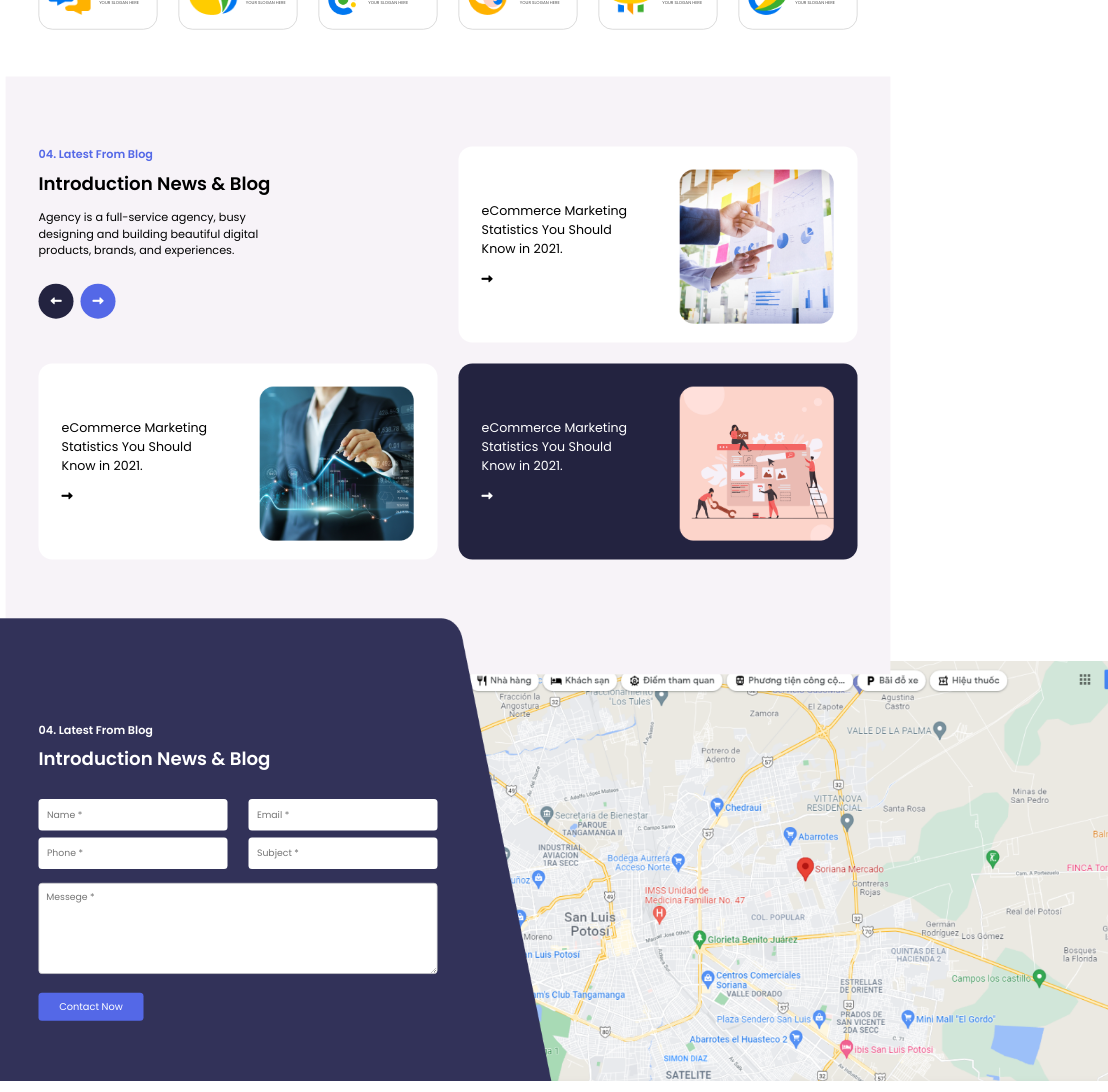
Repository: tranchi0120/LangdingPage-Htmlcss-Ago
Page: index.html
An editor plug-in stored every save of this project. The page is shown before and after the next save, followed by the edit.
The browser window is 1280 px wide. The page is 1583 px wide, so the pictures cover 1583 px, including what lies to the right of the window. The pictures show the part of the page from y = 3385 to 4945 px (the page is 4945 px tall), at 70% of full size.
Some web libraries are served in a nearby version. The style sheet was rebuilt from its Sass, Less or Tailwind sources for each picture, by a compiler version that may differ from the author's.

Above is the page before, as saved 2022-07-15 10:28:52.

### index.html
<!DOCTYPE html>
<html lang="en">

<head>
    <meta charset="UTF-8" />
    <meta http-equiv="X-UA-Compatible" content="IE=edge" />
    <meta name="viewport" content="width=device-width, initial-scale=1.0" />
    <title>Ago</title>
    <!-- css -->
    <link rel="stylesheet" href="./css/app.css" />
    <!-- google font  -->
    <link rel="preconnect" href="https://fonts.googleapis.com" />
    <link rel="preconnect" href="https://fonts.gstatic.com" crossorigin />
    <link href="https://fonts.googleapis.com/css2?family=Poppins:wght@400;600&display=swap" rel="stylesheet" />
    <!-- google icon awaresome -->
    <link rel="stylesheet" href="https://cdnjs.cloudflare.com/ajax/libs/font-awesome/6.1.1/css/all.min.css">
    <!-- sass ./sass/app.scss ./css/app.css --watch -->
</head>

<body>
    <header class="header">
        <div class="header-top container">
            <span class="header-top-title">
                Welcome to Ago! Building Creative Business Agency
            </span>
            <div class="header-top-right">
                <div class="header-login">
                    <i class="fa-solid fa-user"></i>
                    <a href="#!" style="color:#666666">Login</a>
                </div>
                <div class="header-nation">
                    <i class="fa-solid fa-globe"></i>
                    <span class="header-language">English</span>
                    <i class="fa-solid fa-angle-down"></i>
                </div>
            </div>
        </div>
        <div class="header-line">
        </div>
        <div class="header-under container">
            <div class="header-under-logo">
                <div class="header-under-image">
                    <img class="header-under-img" src="./images/logo.png" alt="#">
                </div>
                <span class="header-under-name">Ago</span>
            </div>
            <div class="header-menu">
                <ul class="menu">
                    <li class="menu-item">
                        <a href="#" class="menu-link">Home</a>
                    </li>
                    <li class="menu-item">
                        <a href="#" class="menu-link">Features</a>
                        <i class="fa-solid fa-angle-down"></i>
                    </li>
                    <li class="menu-item">
                        <a href="#" class="menu-link">Services</a>
                    </li>
                    <li class="menu-item">
                        <a href="#" class="menu-link">Pages</a>
                    </li>
                    <li class="menu-item">
                        <a href="#" class="menu-link">Blog</a>
                    </li>
                    <li class="menu-item">
                        <a href="#" class="menu-link">Support</a>
                    </li>
                </ul>
                <div class="menu-button">
                    <i class="fa-solid fa-magnifying-glass menu-icon"></i>
                    <div class="button">Contact Us</div>
                </div>
            </div>
        </div>
    </header>
    <main>
        <section class="hero">
            <div class="container">
                <div class="hero-main">
                    <div class="hero-left">
                        <div class="hero-title">
                            Trusted Professional Service.
                        </div>
                        <span class="hero-content">
                            Ago is a full-service agency, busy designing and building beautiful digital products,
                            brands, and
                            experiences.
                        </span>
                        <div class="hero-button">
                            <div class="button">Recent Work</div>
                        </div>
                        <div class="hero-down">
                            <div class="hero-icondown">
                                <i style="color:#ffffff ;" class="fa-solid fa-arrow-down"></i>
                            </div>
                            <p class="hero-scroll">
                                Scroll Down
                            </p>
                        </div>
                    </div>
                    <div class="hero-right">
                        <img src="./images/hero.png" alt="#">
                    </div>
                </div>
            </div>
        </section>
        <section class="about">
            <div class="container">
                <div class="about-main">
                    <div class="about-images">
                        <img src="./images/about1.png" alt="#" class="about-img1">
                        <img src="./images/about2.png" alt="#" class="about-img2">
                        <img src="./images/about3.png" alt="#" class="about-img3">
                    </div>
                    <div class="about-us">
                        <h5 class="about-number">
                            01. About Us
                        </h5>
                        <div class="about-title">
                            We Make Designs that Lead and Inpire.
                        </div>
                        <div class="about-name">
                            A design team building a created
                            marketplace for UI designers.
                        </div>
                        <div class="about-content">
                            2,360 curated design resources to energize your creative workflow. We're a growing family of
                            682,268 designers and makers from around the world
                        </div>
                        <div class="menu-button">
                            <div class="button">Contact Us</div>
                        </div>
                    </div>
                </div>
            </div>
        </section>
        <section class="interactive">
            <div class="container">
                <div class="interactive-main">
                    <h5 class="interactive-number">
                        02. What We Do
                    </h5>
                    <div class="interactive-title">
                        <span class="interactive-name">
                            We Make Designs that Lead and Inpire.
                        </span>
                        <i class="fa-solid fa-left-long interactive-iconleft"></i>
                        <i class="fa-solid fa-right-long"></i>
                    </div>
                    <div class="interactive-group">
                        <div class="interactive-box">
                            <div class="row-circle">
                                <img class="row-img" src="./images/row1.png" alt="#">
                                <h2 class="row-number">
                                    26k
                                </h2>
                                <span class="row-title">
                                    Happy Clients
                                </span>
                            </div>
                            <div class="row-circle2">
                                <img class="row-img" src="./images/row2.png" alt="#">
                                <h2 class="row-number2">
                                    76k
                                </h2>
                                <span class="row-title2">
                                    Project Done
                                </span>
                                <span class="row-content2">
                                    Lorem ipsum dolor sit amet, consectetur adipiscing elit. Mauris sapien egestas augue
                                    enim amet scelerisque.
                                </span>
                            </div>
                            <div class="row-circle">
                                <img class="row-img" src="./images/row3.png" alt="#">
                                <h2 class="row-number">
                                    20k
                                </h2>
                                <span class="row-title">
                                    AWARDS WON
                                </span>
                            </div>
                            <div class="row-circle">
                                <img class="row-img" src="./images/row4.png" alt="#">
                                <h2 class="row-number">
                                    20k
                                </h2>
                                <span class="row-title">
                                    DAILY DATA INPUT
                                </span>
                            </div>
                        </div>
                    </div>
                </div>
            </div>
        </section>
        <section class="service">
            <div class="container">
                <h5 class="service-number">
                    03. Our Services
                </h5>
                <div class="service-title">
                    <span class="service-name">
                        Welcome to Our Professional Service
                    </span>
                </div>
                <div class="service-main">
                    <div class="service-left">
                        <h2 class="service-left-title">
                            Professional Website
                            Design Consulting
                        </h2>
                        <p class="service-left-content">
                            Agency is a full-service agency, busy designing and building beautiful digital products,
                            brands, and experiences.
                        </p>
                        <div class="menu-button">
                            <div class="button">View Detail</div>
                        </div>
                        <div class="service-left-images">
                            <img src="./images/service1.png" alt="#" class="service-left-img">
                            <img src="./images/service2.png" alt="#" class="service-left-img">
                            <img src="./images/service3.png" alt="#" class="service-left-img">
                        </div>
                    </div>
                    <div class="service-right">
                        <img src="./images/service4.png" alt="#" class="service-right-img">
                    </div>
                </div>
                <div class="service-bottom">
                    <div class="service-box">
                        <div class="service-box-imgs">
                            <img src="./images/logo1.png" alt="#" class="service-box-img">
                        </div>
                        <div class="service-box-text">
                            <h2 class="service-box-title">CREATIVE</h2>
                            <p class="service-box-slogan">YOUR SLOGAN HERE</p>
                        </div>
                    </div>
                    <div class="service-box">
                        <div class="service-box-imgs">
                            <img src="./images/logo2.png" alt="#" class="service-box-img">
                        </div>
                        <div class="service-box-text">
                            <h2 class="service-box-title">CREATIVE</h2>
                            <p class="service-box-slogan">YOUR SLOGAN HERE</p>
                        </div>
                    </div>
                    <div class="service-box">
                        <div class="service-box-imgs">
                            <img src="./images/logo3.png" alt="#" class="service-box-img">
                        </div>
                        <div class="service-box-text">
                            <h2 class="service-box-title">COMPANY</h2>
                            <p class="service-box-slogan">YOUR SLOGAN HERE</p>
                        </div>
                    </div>
                    <div class="service-box">
                        <div class="service-box-imgs">
                            <img src="./images/logo4.png" alt="#" class="service-box-img">
                        </div>
                        <div class="service-box-text">
                            <h2 class="service-box-title">CREATIVE</h2>
                            <p class="service-box-slogan">YOUR SLOGAN HERE</p>
                        </div>
                    </div>
                    <div class="service-box">
                        <div class="service-box-imgs">
                            <img src="./images/logo5.png" alt="#" class="service-box-img">
                        </div>
                        <div class="service-box-text">
                            <h2 class="service-box-title">COMPANY</h2>
                            <p class="service-box-slogan">YOUR SLOGAN HERE</p>
                        </div>
                    </div>
                    <div class="service-box">
                        <div class="service-box-imgs">
                            <img src="./images/logo6.png" alt="#" class="service-box-img">
                        </div>
                        <div class="service-box-text">
                            <h2 class="service-box-title">CREATIVE</h2>
                            <p class="service-box-slogan">YOUR SLOGAN HERE</p>
                        </div>
                    </div>
                </div>
            </div>
        </section>
        <section class="latest">
            <div class="container">
                <div class="latest-main">
                    <div class="latest-group">
                        <h5 class="latest-number">
                            04. Latest From Blog
                        </h5>
                        <span class="latest-title">
                            Introduction News & Blog
                        </span>
                        <p class="latest-content">
                            Agency is a full-service agency, busy designing and building beautiful digital products,
                            brands, and experiences.
                        </p>
                        <div class="latest-icon">
                            <div class="latest-icon-left">
                                <i class="fa-solid fa-left-long"></i>
                            </div>
                            <div class="latest-icon-right">
                                <i class="fa-solid fa-right-long"></i>
                            </div>
                        </div>
                    </div>
                    <div class="latest-groups">
                        <div class="latest-box">
                            <p class="latest-text">
                                eCommerce Marketing
                                Statistics You Should
                                Know in 2021.
                            </p>
                            <i class="fa-solid fa-right-long"></i>
                        </div>
                        <div class="latest-image">
                            <img src="./images/latest1.png" alt="#" class="latest-img">
                        </div>
                    </div>
                    <div class="latest-groups">
                        <div class="latest-box">
                            <p class="latest-text">
                                eCommerce Marketing
                                Statistics You Should
                                Know in 2021.
                            </p>
                            <i class="fa-solid fa-right-long"></i>
                        </div>
                        <div class="latest-image">
                            <img src="./images/latest2.png" alt="#" class="latest-img">
                        </div>
                    </div>
                    <div class="latest-groups3">
                        <div class="latest-box3">
                            <p class="latest-text3">
                                eCommerce Marketing
                                Statistics You Should
                                Know in 2021.
                            </p>
                            <i class="fa-solid fa-right-long"></i>
                        </div>
                        <div class="latest-image">
                            <img src="./images/latest3.png" alt="#" class="latest-img">
                        </div>
                    </div>
                </div>
            </div>
        </section>
        <section class="contact">

            <div class="container">
                <img class="contact-background" src="./images/background.png" alt="#">
                <div class="contact-main">
                    <div class="contact-left">
                        <h5 class="contact-left-number">
                            04. Latest From Blog
                        </h5>
                        <span class="contact-left-title">
                            Introduction News & Blog
                        </span>
                        <div class="contact-left-import">
                            <input class="contact-left-input" type="text" placeholder="Name *">
                            <input class="contact-left-input" type="text" placeholder="Email *">
                            <input class="contact-left-input" type="text" placeholder="Phone *">
                            <input class="contact-left-input" type="text" placeholder="Subject *">
                        </div>
                        <textarea class="contact-left-textarea" name="text" id="#" cols="30" rows="10"
                            placeholder="Messege *"></textarea>
                        <div class="menu-button">
                            <div class="button">Contact Now</div>
                        </div>
                    </div>
                    <div class="contact-right">
                        <img class="contact-right-img" src="./images/map.png" alt="#">
                    </div>
                </div>
            </div>
        </section>
    </main>
    <footer>
    </footer>
</body>

</html>

### sass/app.scss
@import "global";
@import "header";
@import "menu";
@import "variable";
@import "hero";
@import "about";
@import "interactive";
@import "row";
@import "service";
@import "latest";
@import "contact";

### sass/_global.scss
.container {
    max-width: 1170px;
    margin: 0 auto;
}
.body {
    background: #ffffff;
}
* {
    box-sizing: border-box;
    font-family: "Poppins", sans-serif;
}
a {
    text-decoration: none;
}
ul {
    list-style-type: none !important;
}
.button {
    border: none;
    padding: auto;
    width: 150px;
    background: #5468e7;
    height: 40px;
    text-align: center;
    justify-content: center;
    padding: 7px;
    border-radius: 5px;
    color: white;
    font-size: 14px;
    line-height: 21px;
    padding: 10px;
}

### sass/_menu.scss
.menu {
    height: 24px;
    width: 550px;
    display: flex;
    justify-content: space-between;
    align-items: center;
    // gap: 40px;
    &-button {
        display: flex;
        gap: 29px;
    }
    &-icon {
        width: 18px;
        display: inline-block;
        padding-top: 15px;
        color: #666666;
    }

    &-link {
        color: #000000;
        font-weight: 400;
        font-size: 16px;
        line-height: 24px;
    }
}

### sass/_variable.scss
$font: "Poppins", sans-serif;
$color1: #232340;
$color2: #323259;
$color-btn: #5468e7;
$black: #222222;
$white: #ffffff;

### sass/_hero.scss
.hero {
    height: 800px;
    margin-top: 55px;
    &-main {
        display: flex;

        align-items: center;
    }
    &-title {
        width: 260px;
        line-height: 60px;
        font-weight: 600;
        font-size: 40px;
        margin-bottom: 23px;
    }
    &-content {
        height: 46px;
        width: 317px;
        font-weight: 400;
        font-size: 16px;
        display: inline-block;
        margin-bottom: 60px;
        margin-right: 147px;
    }
    &-down {
        margin-top: 114px;
        display: flex;
        gap: 9px;
    }
    &-icondown {
        border-radius: 50%;
        width: 45px;
        height: 45px;
        text-align: center;
        padding: 13px;
        background: #c897e4;
    }
}

### sass/_interactive.scss
.interactive {
    background: #f7f3f8;
    height: 752px;
    &-number {
        margin-bottom: 10px;
        margin-top: 100px;
        display: inline-block;
        color: #5468e7;
        font-size: 16px;
        line-height: 24px;
        font-weight: 600;
    }
    &-name {
        display: inline-block;
        line-height: 39px;
        font-size: 26px;
        font-weight: 600;
        margin-bottom: 75px;
    }
    &-iconleft {
        margin-right: 19px;
        margin-left: 594px;
    }
    &-box {
        max-height: 360px;
        background: white;
        display: grid;
        grid-template-columns: repeat(4, 1fr) !important;
        border-radius: 30px;
    }
}

### sass/_contact.scss
.contact {
    &-main {
        display: flex;
        gap: 23px;
    }
    &-background {
        margin-left: -367px;
        margin-top: -80px;
    }
    &-left {
        margin-top: -520px;
        &-number {
            margin-bottom: 10px;
            margin-top: 0;
            font-weight: 600;
            line-height: 24px;
            color: white;
            font-size: 16px;
        }
        &-title {
            display: block;
            font-size: 26px;
            line-height: 39px;
            font-weight: 600;
            margin-bottom: 25px;
            color: white;
            margin-bottom: 37px;
        }
        &-input {
            padding: 12px;
            border-radius: 5px;
            height: 45px;
            width: 270px;
            border: none;
        }
        &-import {
            width: 570px;
            display: grid;
            grid-template-columns: repeat(2, 1fr);
            gap: 10px 30px;
        }
        &-textarea {
            padding: 10px;
            border-radius: 5px;
            border: 1px solid #cccccc;
            height: 130px;
            width: 570px;
            margin-top: 20px;
            margin-bottom: 20px;
        }
    }

    &-right {
        z-index: -1;
        margin-top: -607px;
    }
}

Loaded but not shown: sass/_service.scss (94 lines, source omitted); sass/_latest.scss (87 lines, source omitted); sass/_about.scss (57 lines, source omitted); sass/_row.scss (51 lines, source omitted); sass/_header.scss (47 lines, source omitted)

After the next save:
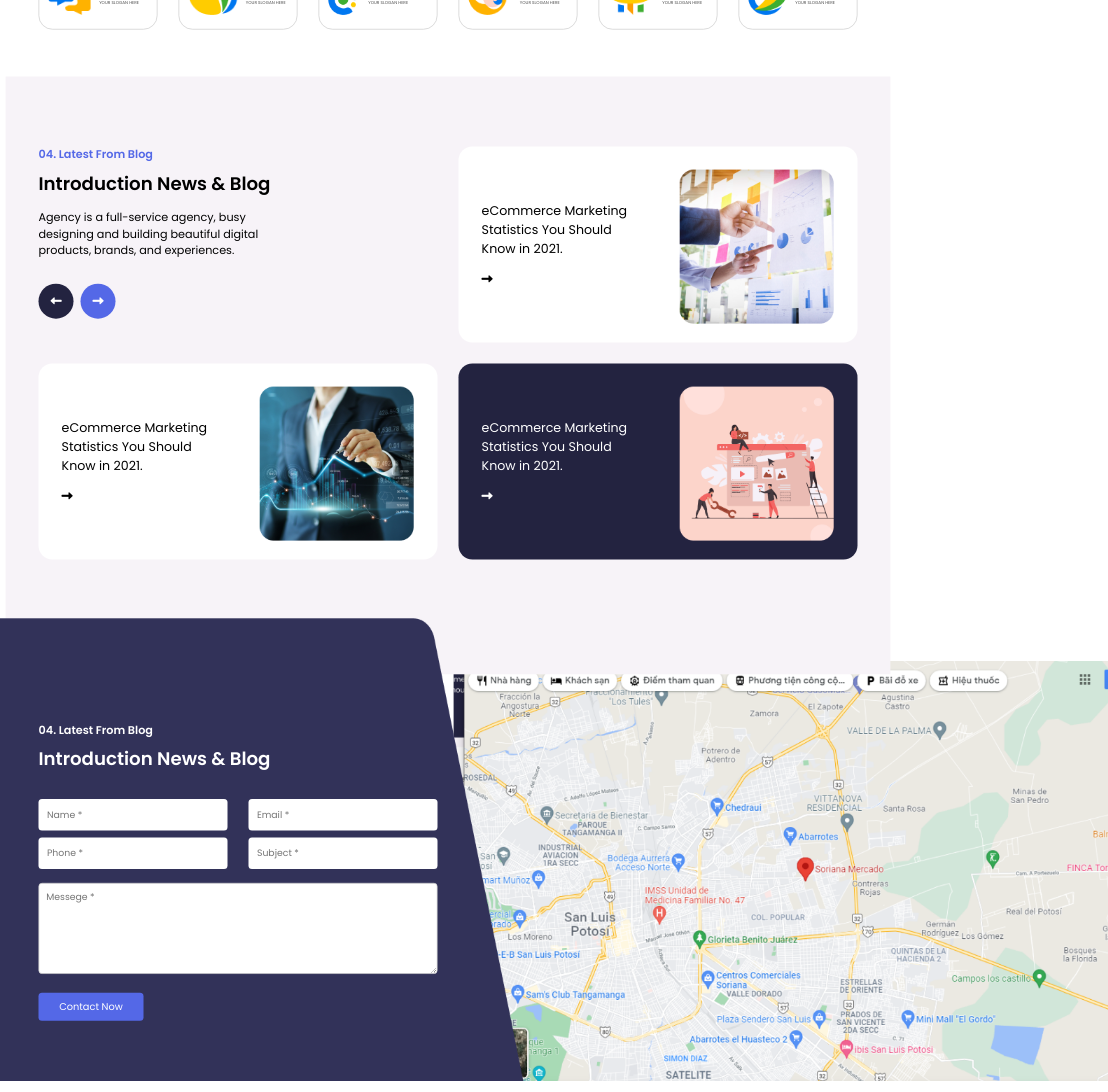
Saved 9 s later.
--- a/sass/_contact.scss
+++ b/sass/_contact.scss
@@ -4,7 +4,7 @@
         gap: 23px;
     }
     &-background {
-        margin-left: -367px;
+        margin-left: -407px;
         margin-top: -80px;
     }
     &-left {
